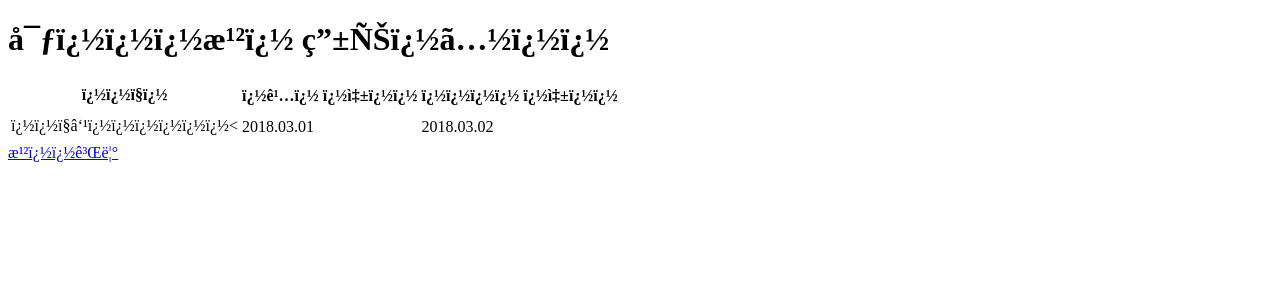
Repository: sandartchip/Board_v01
Page: http://localhost/firstjsp/view.jsp
An editor plug-in stored every save of this project. The page is shown before and after the next save, followed by the edit.
The browser window is 1280 px wide. The pictures show the whole page.
The page is served by Tomcat 9.

Above is the page before, as saved 2019-03-18 04:52:31.

After the next save:
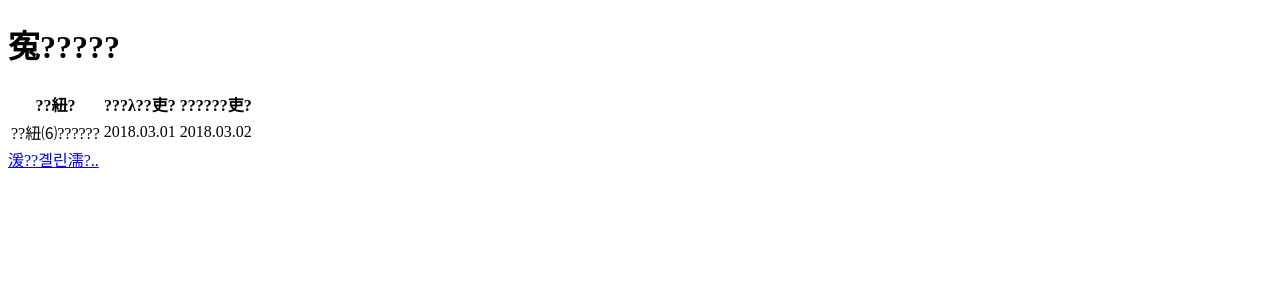
Saved 2 min 22 s later.
--- a/Board_v01/firstjsp/WebContent/view.jsp
+++ b/Board_v01/firstjsp/WebContent/view.jsp
@@ -1,24 +1,25 @@
+<%@ page language="java" contentType="text/html; charset=EUC-KR"  pageEncoding="EUC-KR"%>
 
 <!DOCTYPE html>
 <html>
 <head>
 <meta charset="UTF-8">
-<title>寃� �� �� �� �� ��</title>
+<title>JSP 게시판</title>
 </head>
 <body>
-	<h1>寃���湲� 由ъ�ㅽ��</h1>
+	<h1>게시판</h1>
 	<table>
 		<tr>
-			<th>��紐�</th>
-			<th>�깅� �쇱��</th>
-			<th>���� �쇱��</th>
+			<th>제목</th>
+			<th>저장날짜</th>
+			<th>수정날짜</th>
 		</tr>
 		<tr>
-			<td>��紐⑹������<</td>
+			<td>제목입니다</td>
 			<td>2018.03.01</td>
 			<td>2018.03.02</td>
 		</tr>
 	</table>
-	<a href="write.html">湲��곌린</a>
+	<a href="write.html">글쓰기로..</a>
 </body>
 </html>
